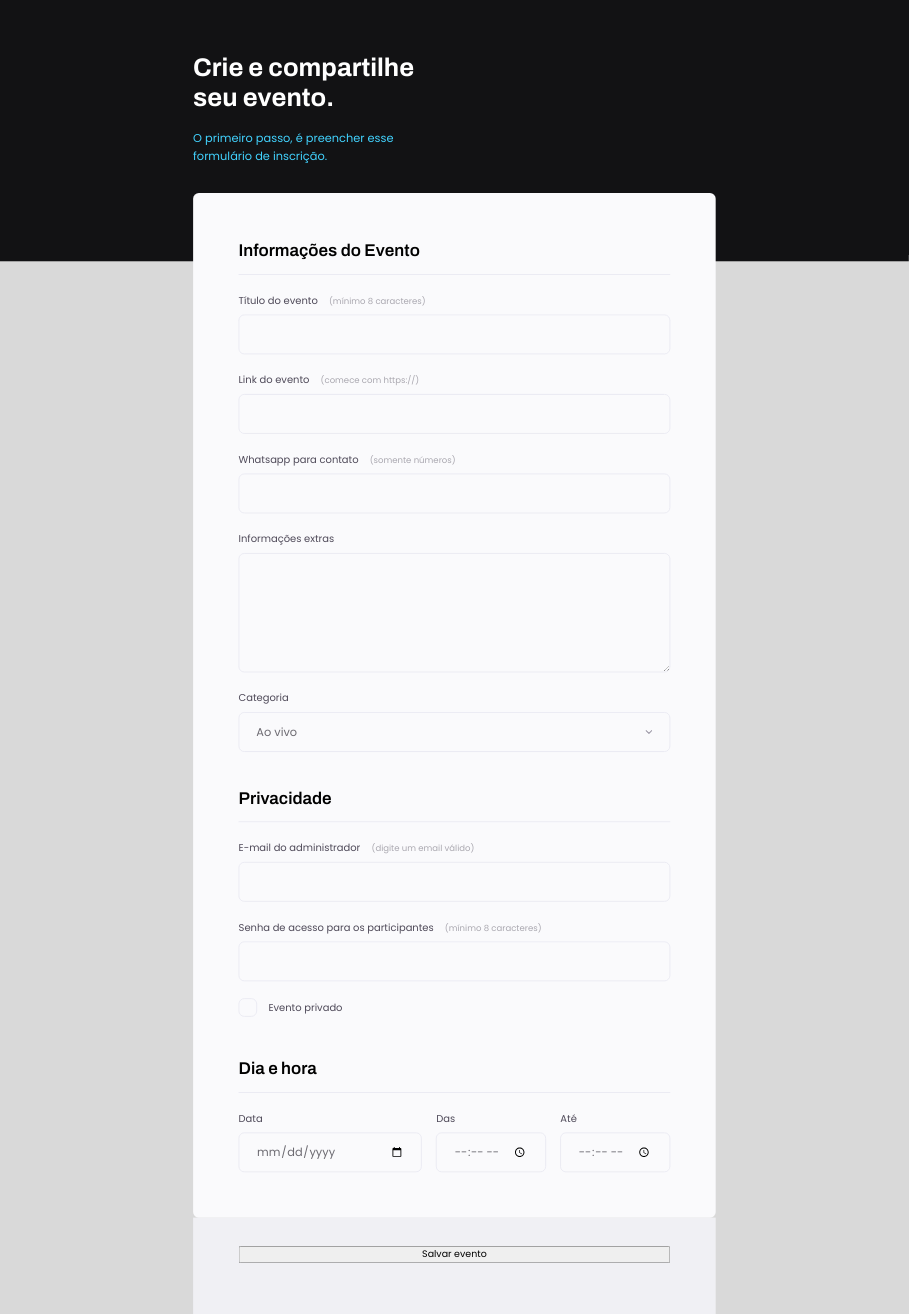
Repository: devMuriloOliveira/Formulario
Page: index.html
These files come from the project's save history. The page is drawn as it stood at one moment and after the next save; the edit follows.
The browser window is 1280 px wide. The pictures show the whole page, at 71% of full size.

Above is the page before, as saved 2023-11-03 19:31:44.

After the next save:
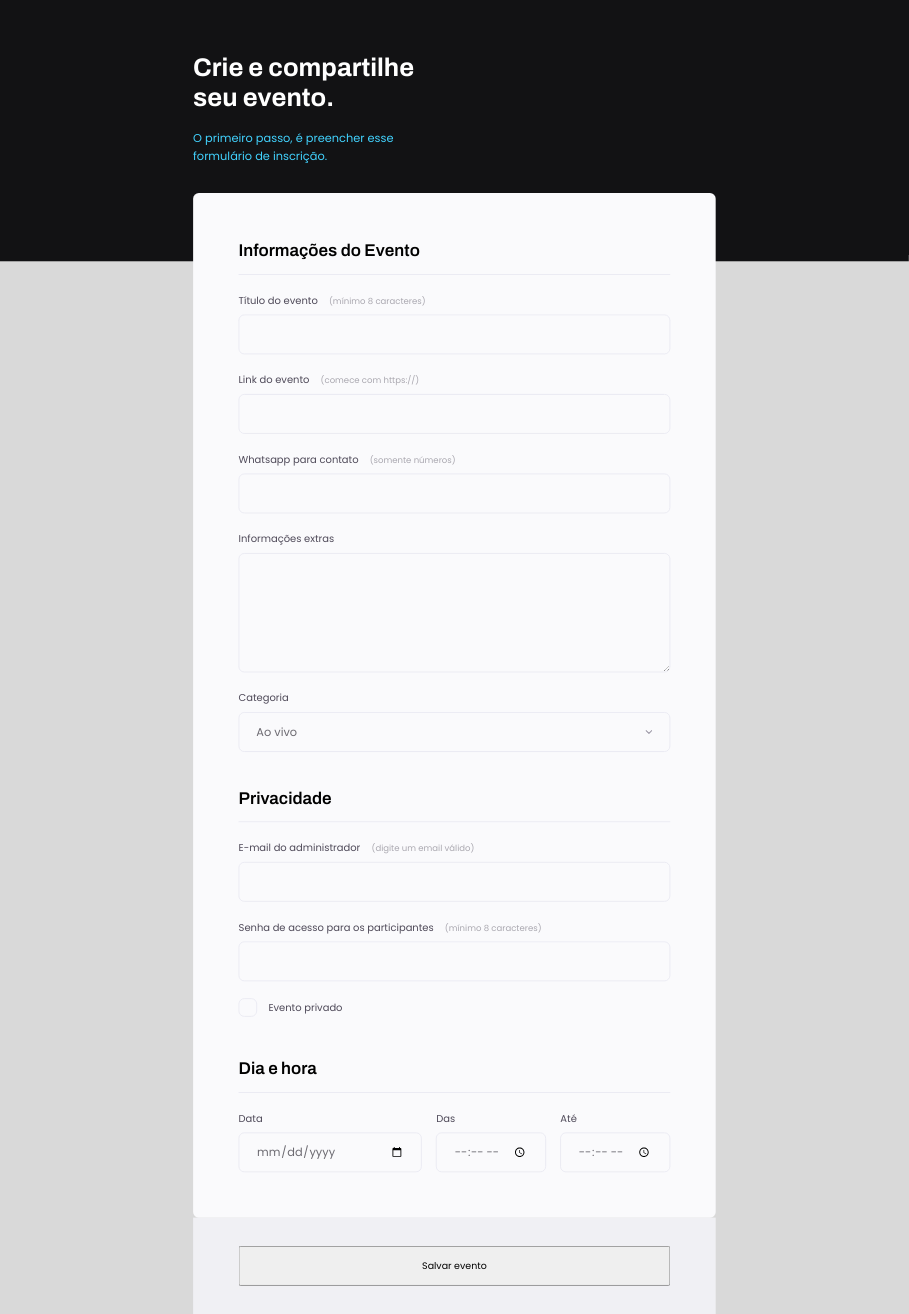
Saved 7 s later.
--- a/style.css
+++ b/style.css
@@ -203,6 +203,6 @@ footer{
   padding: 40px 64px;
 }
 
-footer . button{
+footer .button{
   height: 56px;
 }
